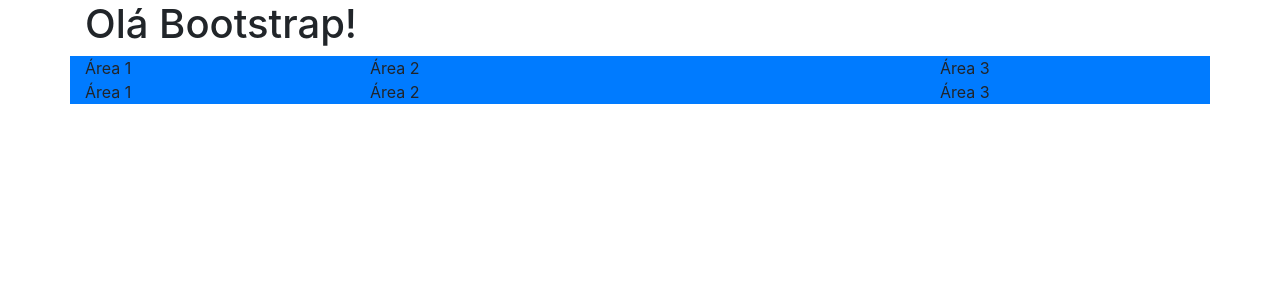
Repository: woodyalan/bootstrap-4
Page: conteudo.html
The author's editor kept a copy of each file at every save. The page is drawn from the files as they stood at one save, then again after the next save.
The browser window is 1280 px wide. The pictures show the whole page.

Above is the page before, as saved 2020-09-08 22:13:21.

### conteudo.html
<!DOCTYPE html>
<html lang="pt-br">
  <head>
    <!-- Required meta tags -->
    <meta charset="utf-8" />
    <meta name="viewport" content="width=device-width, initial-scale=1, shrink-to-fit=no" />

    <link rel="stylesheet" href="https://stackpath.bootstrapcdn.com/bootstrap/4.5.2/css/bootstrap.min.css" />

    <title>Olá Bootstrap!</title>
  </head>
  <body>
    <div class="container">
      <h1>Olá Bootstrap!</h1>

      <div class="row">
        <div class="col-3 bg-primary">Área 1</div>
        <div class="col-6 bg-primary">Área 2</div>
        <div class="col-3 bg-primary">Área 3</div>
      </div>

      <div class="row">
        <div class="col-6 col-lg-3 bg-primary">Área 1</div>
        <div class="col-6 col-lg-6 bg-primary">Área 2</div>
        <div class="col-12 col-lg-3 bg-primary">Área 3</div>
      </div>
    </div>

    <!-- JS, Popper e jQuery -->
    <script src="https://code.jquery.com/jquery-3.5.1.slim.min.js"></script>
    <script src="https://cdn.jsdelivr.net/npm/popper.js@1.16.1/dist/umd/popper.min.js"></script>
    <script src="https://stackpath.bootstrapcdn.com/bootstrap/4.5.2/js/bootstrap.min.js"></script>
  </body>
</html>

After the next save:
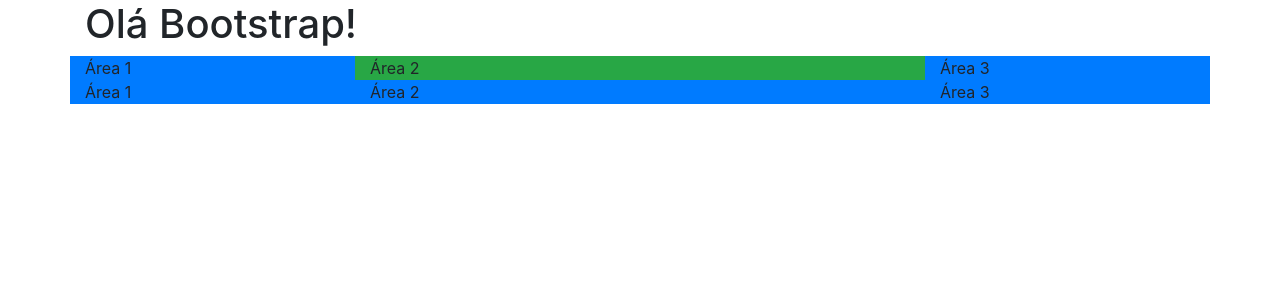
Saved 11 s later.
--- a/conteudo.html
+++ b/conteudo.html
@@ -15,7 +15,7 @@
 
       <div class="row">
         <div class="col-3 bg-primary">Área 1</div>
-        <div class="col-6 bg-primary">Área 2</div>
+        <div class="col-6 bg-success">Área 2</div>
         <div class="col-3 bg-primary">Área 3</div>
       </div>
 
